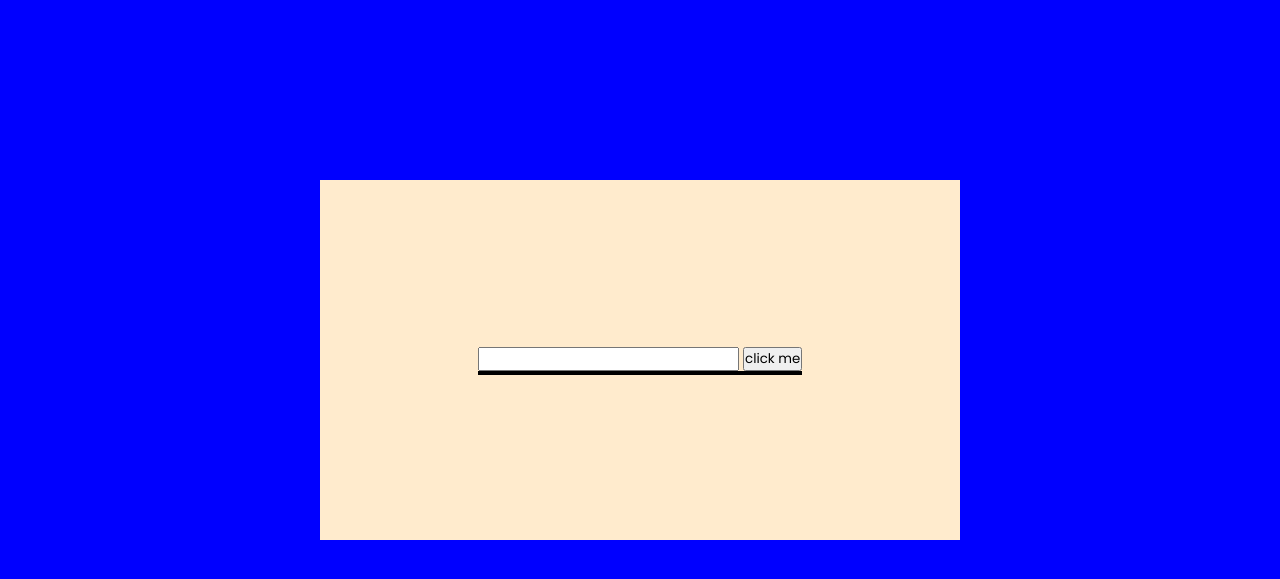
Repository: NarekTovmasyan/promise
Page: inex.html
The author's editor kept a copy of each file at every save. The page is drawn from the files as they stood at one save, then again after the next save.
The browser window is 1280 px wide. The pictures show the whole page.

Above is the page before, as saved 2022-02-21 20:34:22.

### inex.html
<!DOCTYPE html>
<html lang="en">

<head>
    <meta charset="UTF-8">
    <meta http-equiv="X-UA-Compatible" content="IE=edge">
    <meta name="viewport" content="width=device-width, initial-scale=1.0">
    <title>Document</title>
    <link rel="stylesheet" href="./style.css">
</head>

<body>
    <div class="body">
        <div class="conteiner">
            <div class="main">
                <input type="number">
                <button class="btn">click me</button>
                <div class="table"></div>
            </div>
        </div>
    </div>
    <script src="./script.js"></script>
</body>

</html>

### style.css
@import url('https://fonts.googleapis.com/css2?family=Poppins:wght@200;300;400;500;600;700&display=swap');
* {
    margin: 0;
    padding: 0;
    box-sizing: border-box;
    font-family: 'Poppins', sans-serif;
}

.body {
    background-color: blue;
    position: absolute;
    width: 100%;
    height: 100%;
    display: flex;
    align-items: center;
    justify-content: center;
}

.conteiner {
    background-color: blanchedalmond;
    position: relative;
    width: 50%;
    height: 50%;
    display: flex;
    align-items: center;
    justify-content: center;
}


/* .main{

} */


/* .btn {

} */

.table {
    border: 2px solid black;
}

### script.js
// const myBirthday = (isSick) => {
//     return new Promise(function (resolve, reject) {
//       if (!isSick) {
//         setTimeout(() => resolve(2), 2000);
//       } else {
//         reject("I dont have cake :разочарование_облегчение:");
//       }
//     });
//   };
//   const handleCake = async () => {
//     try {
//       let result = await myBirthday(true); // result = 2
//       console.log(`I have ${result} cakes :день_рождения:`);
//     } catch (err) {
//       console.log(err);
//     } finally {
//       console.log("Party");
//     }
//   };
//   handleCake();



// myBirthday(true)
//   .then((result) => console.log(`I have ${result} cakes :день_рождения:`))
//   .catch((err) => console.log(err))
//   .finally(() => console.log("Party"));


// let number = 5;

// function compare(argument) {
//     return new Promise(function(resolve, reject) {
//         if (number > argument) {
//             resolve(number)
//         } else {
//             reject(new Error("oops"))
//         }
//     })
// };
// compare(6).then(function(number) {
//     console.log(number);
// }).catch(function(error) {
//     console.log(error);
// }).finally(() => {
//     console.log("barlus");
// })

After the next save:
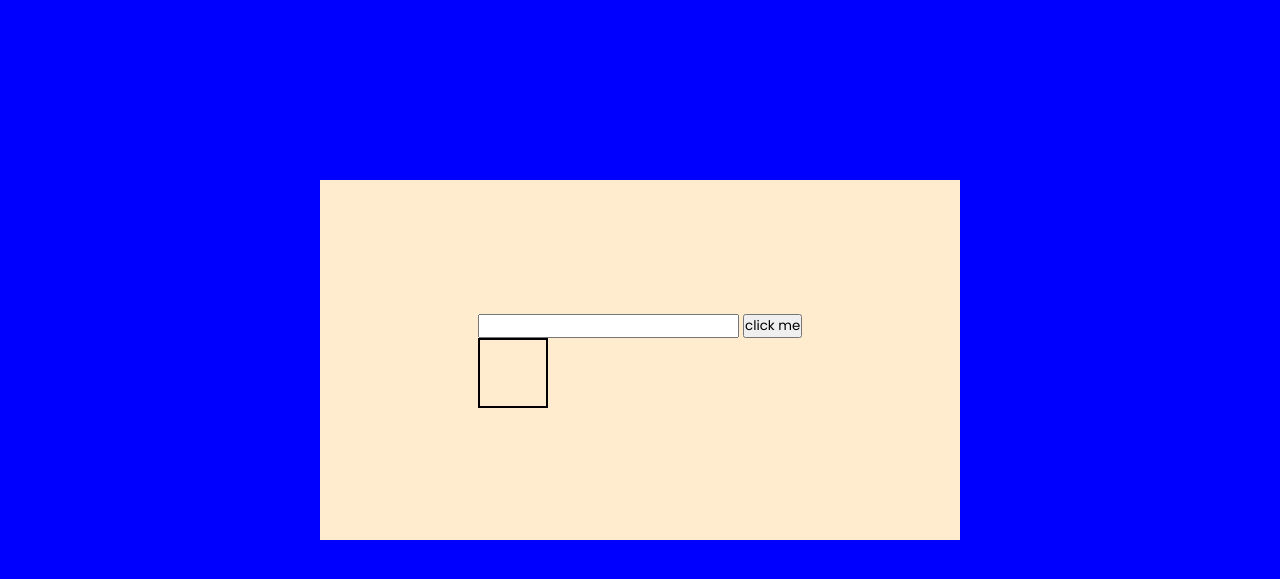
Saved 15 s later.
--- a/style.css
+++ b/style.css
@@ -38,4 +38,6 @@
 
 .table {
     border: 2px solid black;
+    width: 70px;
+    height: 70px;
 }
